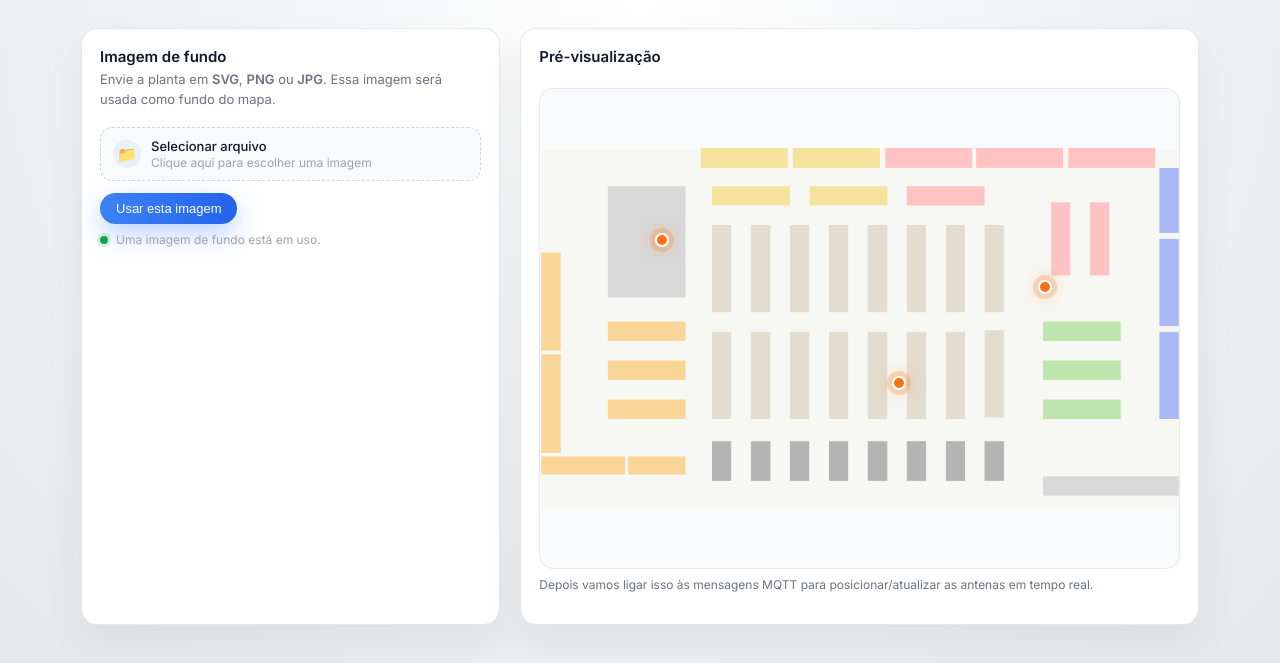
Repository: joaopanceri/mqtt-mapa-flask
Page: http://localhost/
These files come from the project's save history. The page is drawn as it stood at one moment and after the next save; the edit follows.
The browser window is 1280 px wide. The pictures show the whole page.
The page is served by the project's application, run on Flask 3 (app.py).

Above is the page before, as saved 2025-11-20 15:16:46.

After the next save:
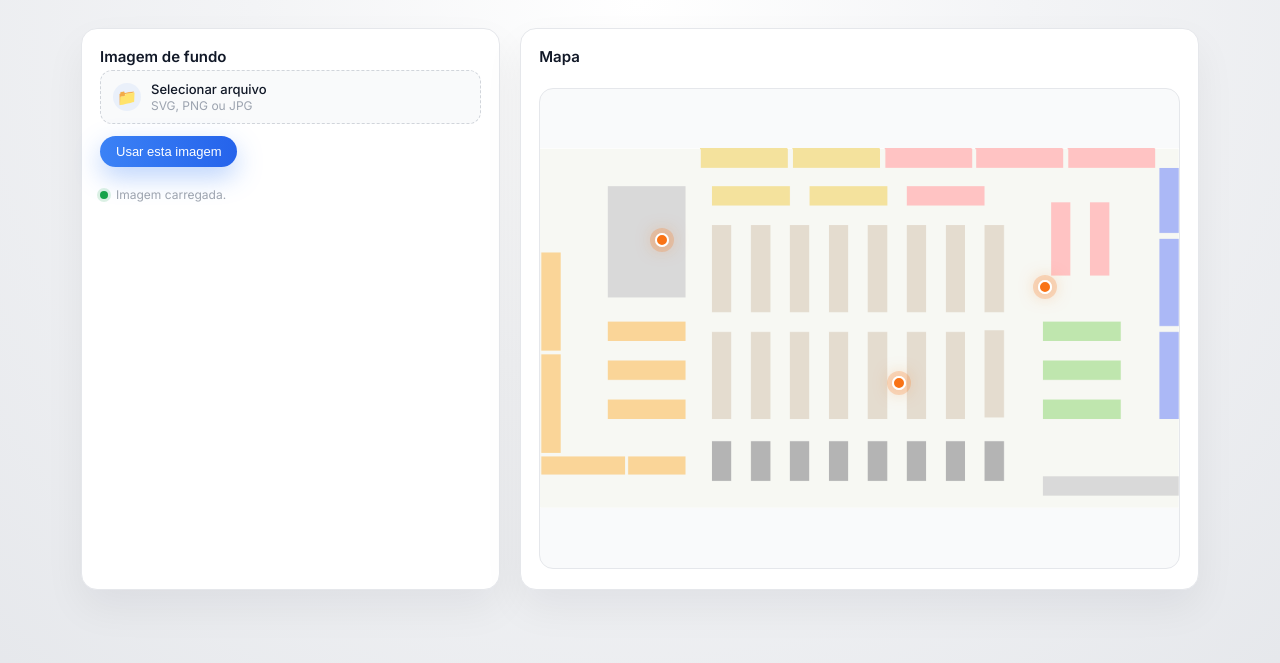
Saved 3 min 7 s later.
--- a/templates/index.html
+++ b/templates/index.html
@@ -16,20 +16,17 @@
   <div class="app-shell">
 
     <main class="app-main">
-      <!-- Coluna esquerda: upload/config -->
+      <!-- Barra de upload em cima do mapa -->
       <section class="card card-config">
         <h2 class="card-title">Imagem de fundo</h2>
-        <p class="card-description">
-          Envie a planta em <strong>SVG</strong>, <strong>PNG</strong> ou <strong>JPG</strong>.
-          Essa imagem será usada como fundo do mapa.
-        </p>
 
-        <form action="{{ url_for('index') }}" method="post" enctype="multipart/form-data" class="upload-form">
+        <form action="{{ url_for('index') }}" method="post" enctype="multipart/form-data"
+              class="upload-form upload-form-inline">
           <label for="background" class="upload-label">
             <div class="upload-icon">📁</div>
             <div class="upload-texts">
               <span class="upload-label-title">Selecionar arquivo</span>
-              <span class="upload-label-subtitle">Clique aqui para escolher uma imagem</span>
+              <span class="upload-label-subtitle">SVG, PNG ou JPG</span>
             </div>
           </label>
 
@@ -44,25 +41,23 @@
           <button type="submit" class="btn-primary">
             Usar esta imagem
           </button>
+
+          <div class="current-image-info current-image-inline">
+            {% if background_url %}
+              <span class="dot dot-success"></span>
+              <span>Imagem carregada.</span>
+            {% else %}
+              <span class="dot dot-muted"></span>
+              <span>Nenhuma imagem.</span>
+            {% endif %}
+          </div>
         </form>
-
-        {% if background_url %}
-          <div class="current-image-info">
-            <span class="dot dot-success"></span>
-            <span>Uma imagem de fundo está em uso.</span>
-          </div>
-        {% else %}
-          <div class="current-image-info">
-            <span class="dot dot-muted"></span>
-            <span>Nenhuma imagem enviada ainda.</span>
-          </div>
-        {% endif %}
       </section>
 
-      <!-- Coluna direita: preview do mapa -->
+      <!-- Mapa abaixo -->
       <section class="card card-map">
         <div class="card-header-row">
-          <h2 class="card-title">Pré-visualização</h2>
+          <h2 class="card-title">Mapa</h2>
         </div>
 
         <div class="map-wrapper">
@@ -75,7 +70,7 @@
               <div class="map-background placeholder">
                 <div class="placeholder-content">
                   <div class="placeholder-icon">🗺️</div>
-                  <p>Envie uma planta para visualizar o mapa aqui.</p>
+                  <p>Envie uma imagem acima para visualizar aqui.</p>
                 </div>
               </div>
             {% endif %}
@@ -87,10 +82,6 @@
               <div class="antenna" style="left: 78%; top: 40%;"></div>
             </div>
           </div>
-
-          <p class="map-hint">
-            Depois vamos ligar isso às mensagens MQTT para posicionar/atualizar as antenas em tempo real.
-          </p>
         </div>
       </section>
     </main>
